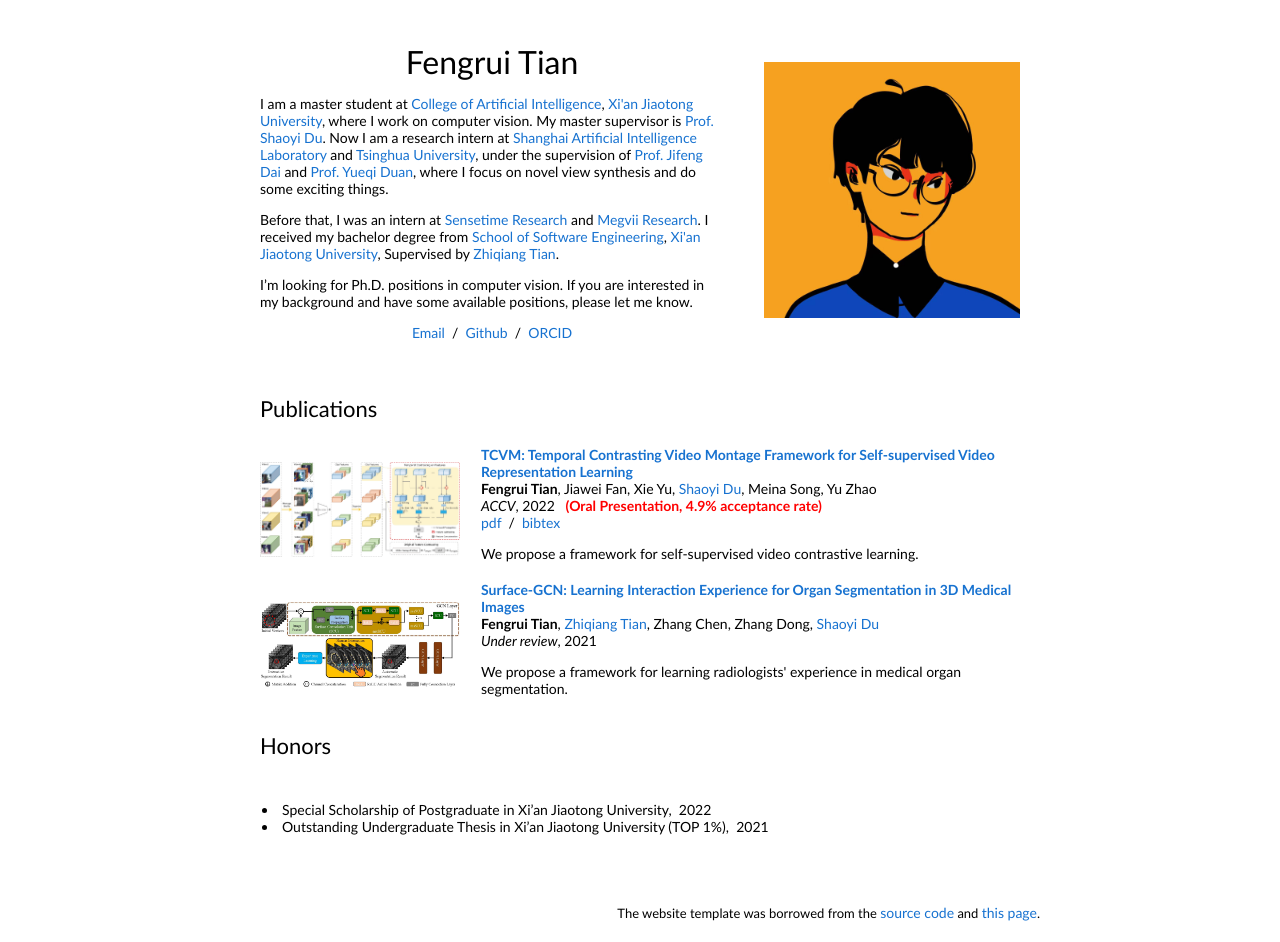
Repository: tianfr/tianfr.github.io
Page: index.html
An editor plug-in stored every save of this project. The page is shown before and after the next save, followed by the edit.
The browser window is 1280 px wide. The pictures show the whole page.

Above is the page before, as saved 2022-11-20 16:12:36.

### index.html
<!DOCTYPE HTML>
<html lang="en"><head><meta http-equiv="Content-Type" content="text/html; charset=UTF-8">

  <title>Fengrui Tian </title>

  <meta name="author" content="Fengrui Tian">
  <meta name="viewport" content="width=device-width, initial-scale=1">

  <link rel="stylesheet" type="text/css" href="stylesheet.css">
	<link rel="icon" href="data:[embedded picture, 141 characters]">
</head>

<body>
  <table style="width:100%;max-width:800px;border:0px;border-spacing:0px;border-collapse:separate;margin-right:auto;margin-left:auto;"><tbody>
    <tr style="padding:0px">
      <td style="padding:0px">
        <table style="width:100%;border:0px;border-spacing:0px;border-collapse:separate;margin-right:auto;margin-left:auto;"><tbody>
          <tr style="padding:0px">
            <td style="padding:2.5%;width:63%;vertical-align:middle">
              <p style="text-align:center">
                <name>
                  Fengrui Tian
                  <!-- <font face="KaiTi" size="6">田丰瑞</font> -->
                </name>
              </p>
              <p>I am a master student at <a href="http://iair.xjtu.edu.cn/">College of Artificial Intelligence</a>, <a href="http://www.xjtu.edu.cn/">Xi'an Jiaotong University</a>, where I work on computer vision. My master supervisor is <a href="https://gr.xjtu.edu.cn/en/web/dushaoyi/home">Prof. Shaoyi Du</a>. Now I am a research intern at <a href="https://www.shlab.org.cn/">Shanghai Artificial Intelligence Laboratory</a> and <a href="https://www.tsinghua.edu.cn/">Tsinghua University</a>, under the supervision of <a href="https://jifengdai.org/">Prof. Jifeng Dai</a> and  <a href="https://duanyueqi.github.io/">Prof. Yueqi Duan</a>, where I focus on novel view synthesis and do some exciting things.
              </p>
              <p> Before that, I was an intern at <a href="https://www.sensetime.com/">Sensetime Research</a> and
                <a href="https://www.megvii.com/">Megvii Research</a>. I received my bachelor degree from  <a href="https://blog.google/products/google-ar-vr/introducing-next-generation-jump/">School of Software Engineering</a>, <a href="http://www.xjtu.edu.cn/">Xi'an Jiaotong University</a>, Supervised by <a href="https://gr.xjtu.edu.cn/en/web/zhiqiangtian/home">Zhiqiang Tian</a>.
              </p>
              <p>  I’m looking for Ph.D. positions in computer vision. If you are interested in my background and have some available positions, please let me know.
              </p>
              <p style="text-align:center">
                <a href="mailto:tianfr@stu.xjtu.edu.cn">Email</a> &nbsp/&nbsp
                <!-- <a href="data/JonBarron-CV.pdf">CV</a> &nbsp/&nbsp -->
                <!-- <a href="data/JonBarron-bio.txt">Bio</a> &nbsp/&nbsp -->
                <!-- <a href="https://scholar.google.com/citations?hl=en&user=jktWnL8AAAAJ">Google Scholar</a> &nbsp/&nbsp -->
                <!-- <a href="https://twitter.com/jon_barron">Twitter</a> &nbsp/&nbsp -->
                <a href="https://github.com/tianfr/">Github</a> &nbsp/&nbsp
                <a href="https://orcid.org/0000-0002-9577-5276">ORCID</a>
              </p>
            </td>
            <td style="padding:2.5%;width:40%;max-width:40%">
              <a href="images/Fengrui_Tian_avatar.jpg"><img style="width:100%;max-width:100%" alt="profile photo" src="images/Fengrui_Tian_avatar.jpg" class="hoverZoomLink"></a>
            </td>
          </tr>
        <!-- </tbody></table>
        <table style="width:100%;border:0px;border-spacing:0px;border-collapse:separate;margin-right:auto;margin-left:auto;"><tbody>
            <tr>
            <td style="padding:20px;width:100%;vertical-align:middle">
              <heading>Research</heading>
              <p>
                I'm interested in computer vision, machine learning, optimization, and image processing. Much of my research is about inferring the physical world (shape, motion, color, light, etc) from images. Representative papers are <span class="highlight">highlighted</span>.
              </p>
            </td>
          </tr>
        </tbody></table> -->
        <table width="100%" align="center" border="0" cellspacing="0" cellpadding="20"><tbody>
          <tr>
            <td>
              <heading>Publications</heading>
            </td>
          </tr>
        </tbody></table>
        <table style="width:100%;border:0px;border-spacing:0px;border-collapse:separate;margin-right:auto;margin-left:auto;"><tbody>

          <tr onmouseout="dreamfusion_stop()" onmouseover="dreamfusion_start()">
            <td style="padding:20px;width:25%;vertical-align:middle">
              <img src="images/tcvm_overview.jpg" alt="prl" width="200" height="95">
            </td>
            <!-- <td style="padding:20px;width:25%;vertical-align:middle">
              <div class="one">
                <div class="two" id='dreamfusion_image'><video  width=100% height=100% muted autoplay loop>
                <source src="images/dreamfusion.mp4" type="video/mp4">
                Your browser does not support the video tag.
                </video></div>
                <img src='images/tcvm_overview.jpg' width="160">
              </div>
              <script type="text/javascript">
                function dreamfusion_start() {
                  document.getElementById('dreamfusion_image').style.opacity = "1";
                }

                function dreamfusion_stop() {
                  document.getElementById('dreamfusion_image').style.opacity = "0";
                }
                dreamfusion_stop()
              </script>
            </td> -->
            <!-- <td style="padding:20px;width:75%;vertical-align:middle"> -->
            <td width="75%" valign="middle">
              <a href="paper/22accv_tcvm.pdf">
                <papertitle>TCVM: Temporal Contrasting Video Montage Framework for Self-supervised Video Representation Learning</papertitle>
              </a>
              <br>
              <strong>Fengrui Tian</strong>,
              Jiawei Fan,
              Xie Yu,
              <a href="https://gr.xjtu.edu.cn/en/web/dushaoyi/home">Shaoyi Du</a>,
              Meina Song,
              Yu Zhao
              <br>
              <em>ACCV</em>, 2022 &nbsp <font color="red"><strong>(Oral Presentation, 4.9% acceptance rate)</strong></font>
              <br>
              <a href="paper/22accv_tcvm.pdf">pdf</a>  &nbsp/&nbsp
              <a href="data/accv22TCVM.bib">bibtex</a>
              <p></p>
              <p>
              We propose a framework for self-supervised video contrastive learning.
              </p>
            </td>
          </tr>


          <tr>
            <td style="padding:20px;width:25%;vertical-align:middle">
              <img src="images/surfacegcn.jpg" alt="prl" width="200" height="85">
            </td>
            <td width="75%" valign="middle">
              <a href="">
                <papertitle>Surface-GCN: Learning Interaction Experience for Organ Segmentation in 3D Medical Images</papertitle>
              </a>
              <br>
              <strong>Fengrui Tian</strong>,
              <a href="https://gr.xjtu.edu.cn/en/web/zhiqiangtian/home">Zhiqiang Tian</a>,
              Zhang Chen,
              Zhang Dong,
              <a href="https://gr.xjtu.edu.cn/en/web/dushaoyi/home">Shaoyi Du</a>
              <br>
              <em>Under review</em>, 2021
              <br>
              <!-- <a href="data/BarronPRL2009.bib">bibtex</a> -->
              <p>We propose a framework for learning radiologists' experience in medical organ segmentation.</p>
            </td>
          </tr>

        </tbody></table>


        <table width="100%" align="center" border="0" cellspacing="0" cellpadding="20"><tbody>
          <tr>
            <td>
              <heading>Honors</heading>
            </td>
          </tr>
        </tbody></table>
        <table width="100%" align="center" border="0" cellpadding="20"><tbody>
          <tr>
            <td style="padding:20px;width:100%;vertical-align:middle">
              <li>Special Scholarship of Postgraduate in Xi’an Jiaotong University,&nbsp; 2022 </li>
              <li>Outstanding Undergraduate Thesis in Xi’an Jiaotong University (TOP 1%),&nbsp; 2021 </li> <br>
          </td>

          </tr>


        </tbody></table>
        <table style="width:100%;border:0px;border-spacing:0px;border-collapse:separate;margin-right:auto;margin-left:auto;"><tbody>
          <tr>
            <td style="padding:0px">
              <br>
              <p style="text-align:right;font-size:small;">
                The website template was borrowed from the <a href="https://github.com/jonbarron/website">source code</a> and <a href="https://jonbarron.info/"> this page</a>.
              </p>
            </td>
          </tr>
        </tbody></table>
      </td>
    </tr>
  </table>
</body>

</html>

### stylesheet.css
/* latin-ext */
@font-face {
  font-family: 'Lato';
  font-style: italic;
  font-weight: 400;
  src: local('Lato Italic'), local('Lato-Italic'), url(https://fonts.gstatic.com/s/lato/v15/S6u8w4BMUTPHjxsAUi-qNiXg7eU0.woff2) format('woff2');
  unicode-range: U+0100-024F, U+0259, U+1E00-1EFF, U+2020, U+20A0-20AB, U+20AD-20CF, U+2113, U+2C60-2C7F, U+A720-A7FF;
}
/* latin */
@font-face {
  font-family: 'Lato';
  font-style: italic;
  font-weight: 400;
  src: local('Lato Italic'), local('Lato-Italic'), url(https://fonts.gstatic.com/s/lato/v15/S6u8w4BMUTPHjxsAXC-qNiXg7Q.woff2) format('woff2');
  unicode-range: U+0000-00FF, U+0131, U+0152-0153, U+02BB-02BC, U+02C6, U+02DA, U+02DC, U+2000-206F, U+2074, U+20AC, U+2122, U+2191, U+2193, U+2212, U+2215, U+FEFF, U+FFFD;
}
/* latin-ext */
@font-face {
  font-family: 'Lato';
  font-style: italic;
  font-weight: 700;
  src: local('Lato Bold Italic'), local('Lato-BoldItalic'), url(https://fonts.gstatic.com/s/lato/v15/S6u_w4BMUTPHjxsI5wq_FQftx9897sxZ.woff2) format('woff2');
  unicode-range: U+0100-024F, U+0259, U+1E00-1EFF, U+2020, U+20A0-20AB, U+20AD-20CF, U+2113, U+2C60-2C7F, U+A720-A7FF;
}
/* latin */
@font-face {
  font-family: 'Lato';
  font-style: italic;
  font-weight: 700;
  src: local('Lato Bold Italic'), local('Lato-BoldItalic'), url(https://fonts.gstatic.com/s/lato/v15/S6u_w4BMUTPHjxsI5wq_Gwftx9897g.woff2) format('woff2');
  unicode-range: U+0000-00FF, U+0131, U+0152-0153, U+02BB-02BC, U+02C6, U+02DA, U+02DC, U+2000-206F, U+2074, U+20AC, U+2122, U+2191, U+2193, U+2212, U+2215, U+FEFF, U+FFFD;
}
/* latin-ext */
@font-face {
  font-family: 'Lato';
  font-style: normal;
  font-weight: 400;
  src: local('Lato Regular'), local('Lato-Regular'), url(https://fonts.gstatic.com/s/lato/v15/S6uyw4BMUTPHjxAwXiWtFCfQ7A.woff2) format('woff2');
  unicode-range: U+0100-024F, U+0259, U+1E00-1EFF, U+2020, U+20A0-20AB, U+20AD-20CF, U+2113, U+2C60-2C7F, U+A720-A7FF;
}
/* latin */
@font-face {
  font-family: 'Lato';
  font-style: normal;
  font-weight: 400;
  src: local('Lato Regular'), local('Lato-Regular'), url(https://fonts.gstatic.com/s/lato/v15/S6uyw4BMUTPHjx4wXiWtFCc.woff2) format('woff2');
  unicode-range: U+0000-00FF, U+0131, U+0152-0153, U+02BB-02BC, U+02C6, U+02DA, U+02DC, U+2000-206F, U+2074, U+20AC, U+2122, U+2191, U+2193, U+2212, U+2215, U+FEFF, U+FFFD;
}
/* latin-ext */
@font-face {
  font-family: 'Lato';
  font-style: normal;
  font-weight: 700;
  src: local('Lato Bold'), local('Lato-Bold'), url(https://fonts.gstatic.com/s/lato/v15/S6u9w4BMUTPHh6UVSwaPGQ3q5d0N7w.woff2) format('woff2');
  unicode-range: U+0100-024F, U+0259, U+1E00-1EFF, U+2020, U+20A0-20AB, U+20AD-20CF, U+2113, U+2C60-2C7F, U+A720-A7FF;
}
/* latin */
@font-face {
  font-family: 'Lato';
  font-style: normal;
  font-weight: 700;
  src: local('Lato Bold'), local('Lato-Bold'), url(https://fonts.gstatic.com/s/lato/v15/S6u9w4BMUTPHh6UVSwiPGQ3q5d0.woff2) format('woff2');
  unicode-range: U+0000-00FF, U+0131, U+0152-0153, U+02BB-02BC, U+02C6, U+02DA, U+02DC, U+2000-206F, U+2074, U+20AC, U+2122, U+2191, U+2193, U+2212, U+2215, U+FEFF, U+FFFD;
}

a {
  color: #1772d0;
  text-decoration: none;
}

a:focus,
a:hover {
  color: #f09228;
  text-decoration: none;
}

body,
td,
th,
tr,
p,
a {
  font-family: 'Lato', Verdana, Helvetica, sans-serif;
  font-size: 14px
}

strong {
  font-family: 'Lato', Verdana, Helvetica, sans-serif;
  font-size: 14px;
}

heading {
  font-family: 'Lato', Verdana, Helvetica, sans-serif;
  font-size: 22px;
}

papertitle {
  font-family: 'Lato', Verdana, Helvetica, sans-serif;
  font-size: 14px;
  font-weight: 700
}

name {
  font-family: 'Lato', Verdana, Helvetica, sans-serif;
  font-size: 32px;
}

.one {
  width: 160px;
  height: 160px;
  position: relative;
}

.two {
  width: 160px;
  height: 160px;
  position: absolute;
  transition: opacity .2s ease-in-out;
  -moz-transition: opacity .2s ease-in-out;
  -webkit-transition: opacity .2s ease-in-out;
}

.fade {
  transition: opacity .2s ease-in-out;
  -moz-transition: opacity .2s ease-in-out;
  -webkit-transition: opacity .2s ease-in-out;
}

span.highlight {
  background-color: #ffffd0;
}

After the next save:
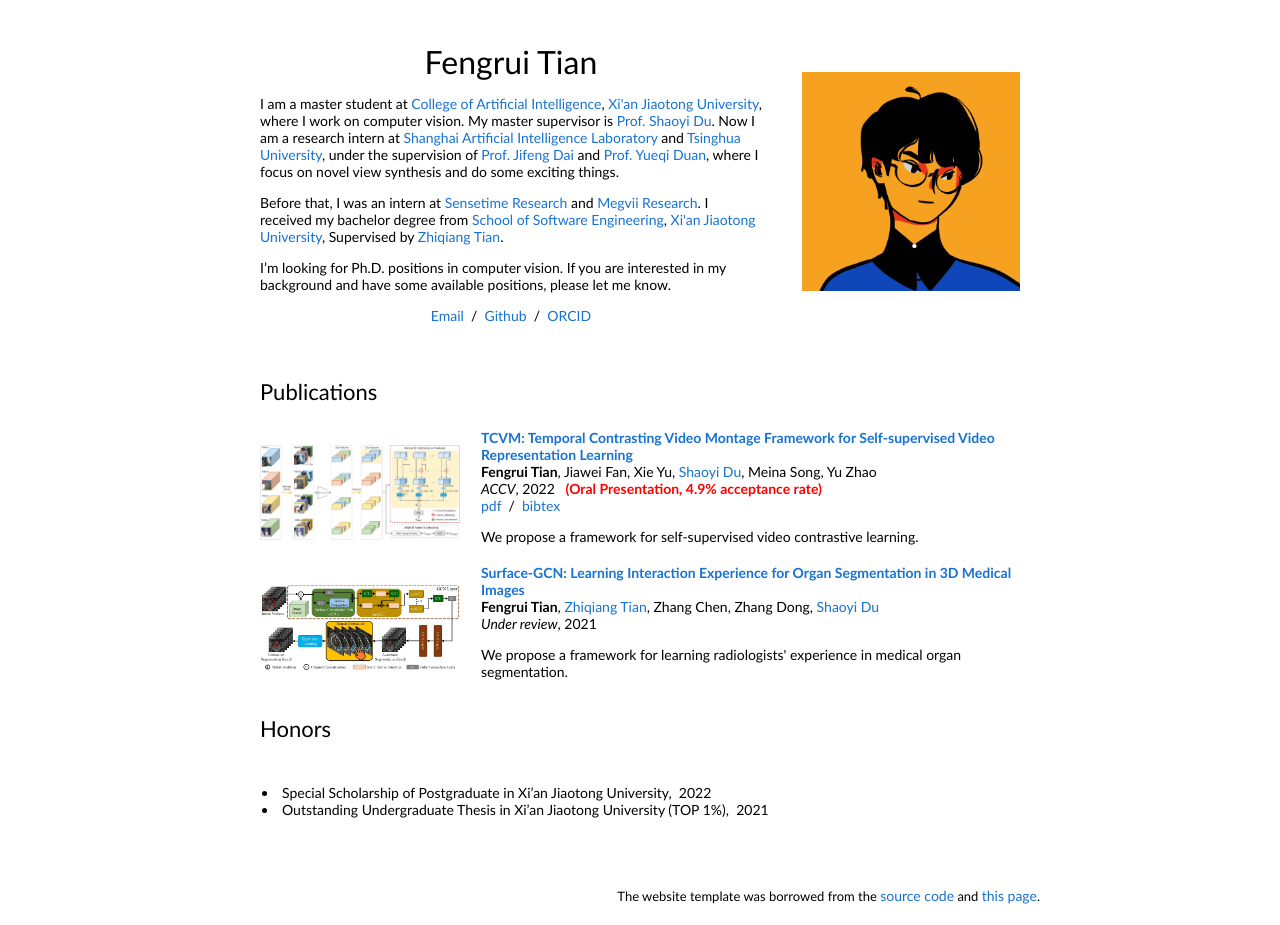
Saved 92 s later.
--- a/index.html
+++ b/index.html
@@ -40,7 +40,7 @@
                 <a href="https://orcid.org/0000-0002-9577-5276">ORCID</a>
               </p>
             </td>
-            <td style="padding:2.5%;width:40%;max-width:40%">
+            <td style="padding:2.5%;width:30%;max-width:40%">
               <a href="images/Fengrui_Tian_avatar.jpg"><img style="width:100%;max-width:100%" alt="profile photo" src="images/Fengrui_Tian_avatar.jpg" class="hoverZoomLink"></a>
             </td>
           </tr>
